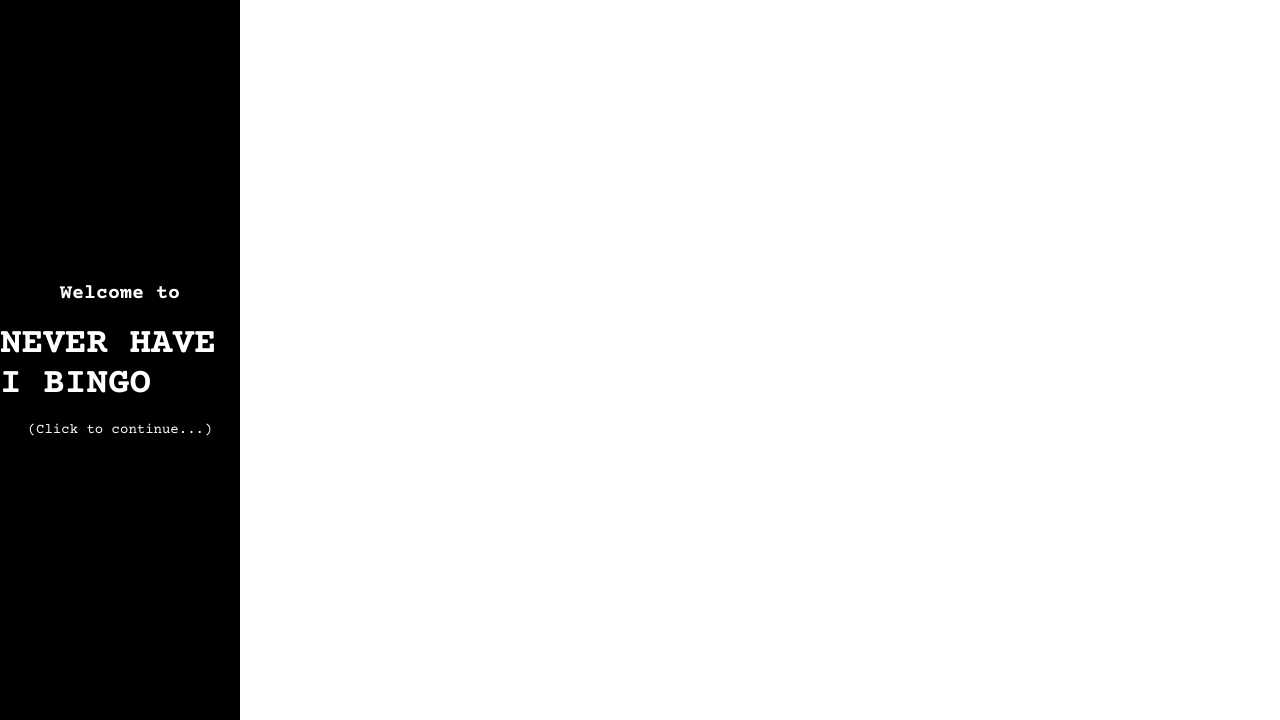
Repository: Jeysmeister/sensoryminds-bingo
Page: /
The author's editor kept a copy of each file at every save. The page is drawn from the files as they stood at one save, then again after the next save.
The browser window is 1280 px wide. The pictures show the whole page.
The project was rebuilt for these pictures with package versions that can differ from the ones it lists, and the page was loaded fresh each time. The framework's server and built-in components were replaced by stand-ins that run in the browser. Also part of the build but not shown: next.config.ts.

Above is the page before, as saved 2024-11-12 18:29:35.

### app/layout.tsx
import type { Metadata } from "next";
import { Courier_Prime } from "next/font/google";
import "./globals.css";
import Header from "./components/Header";

export const metadata: Metadata = {
  title: "Never have I BINGO",
  description: "Sensory Minds Front-End Coding Challenge",
};

const courier = Courier_Prime({
  subsets: ["latin"],
  weight: ["400", "700"],
});

export default function RootLayout({
  children,
}: Readonly<{
  children: React.ReactNode;
}>) {
  return (
    <html lang="en">
      <body className={`${courier.className} antialiased`}>{children}</body>
    </html>
  );
}

### app/page.tsx
"use client";

import { neverHaveIEverQuestions } from "@/data/questions";
import { motion } from "framer-motion";
import { useState } from "react";
import BingoCard from "./components/BingoCard";
import Header from "./components/Header";

export default function Home() {
  const [activeSection, setActiveSection] = useState(0);

  const getRandomQuestions = (count: number) => {
    const shuffled = [...neverHaveIEverQuestions].sort(() => 0.5 - Math.random());
    return shuffled.slice(0, count);
  };
  const questions = getRandomQuestions(24);

  const slideInVariant = {
    default: { x: 0, opacity: 1 },
    initial: { x: "100%", opacity: 0 },
    visible: { x: 0, opacity: 1, transition: { duration: 1 } },
  };

  return (
    <div className="flex w-screen overflow-hidden">
      <motion.div
        className="w-screen h-screen flex justify-center items-center text-white bg-black flex-col gap-4 cursor-pointer"
        onClick={() => setActiveSection(1)}
        initial="default"
        animate={`${activeSection === 1 ? "initial" : activeSection === 2 && "initial"}`}
        exit="slideOut"
        variants={slideInVariant}
      >
        <div className="text-xl font-bold">Welcome to</div>
        <div className="text-4xl font-bold">NEVER HAVE I BINGO</div>
        <div className="text-sm">(Click to continue...)</div>
      </motion.div>

      <motion.div
        className="w-screen h-screen flex justify-center items-center text-white bg-black flex-col gap-4 cursor-pointer"
        onClick={() => setActiveSection(2)}
        initial="initial"
        animate={activeSection === 1 ? "visible" : activeSection === 2 && "initial"}
        exit="slideOut"
        variants={slideInVariant}
      >
        <div className="text-4xl font-extrabold">RULES</div>
        <div className="flex flex-col text-xl font-bold text-left w-[800px]">
          <div>1. Players must decide on the consequence when a player loses.</div>
          <div>2. Players must click on the boxes they've done.</div>
          <div>3. A player loses if they fill a row, column, or diagonal.</div>
          <div>4. All players that lose must do the consequence.</div>
          <div>5. After doing the consequence, players must click the restart button on the top right of the page.</div>
          <div>6. Have Fun!</div>
        </div>
        <div className="text-sm">(Click to continue...)</div>
      </motion.div>

      <motion.div
        className="w-screen h-screen flex flex-col justify-center items-center relative"
        initial="initial"
        animate={activeSection === 2 && "visible"}
        exit="slideOut"
        variants={slideInVariant}
      >
        <Header />
        <BingoCard questions={questions} />
      </motion.div>
    </div>
  );
}

### data/questions.ts
export const neverHaveIEverQuestions = [
  "laughed so hard I snorted",
  "eaten a whole pizza by myself",
  "stayed up all night binge-watching a series",
  "danced in the rain",
  "tried to learn another language just to impress someone",
  "accidentally texted the wrong person",
  "pretended to know a celebrity",
  "had a nightmare about work or school",
  "played a prank on a teacher or boss",
  "gone skinny dipping",
  "gotten lost in an amusement park",
  "been on a blind date",
  "pretended to be on a cooking show while making food",
  "locked myself out of my house",
  "forgotten an important anniversary or birthday",
  "tried a weird food combination that I ended up loving",
  "cried during a movie",
  "played a video game all night",
  "forgotten someone's name right after meeting them",
  "laughed at a joke I didn't get",
  "sung karaoke in public",
  "cried at a wedding",
  "been the last one awake at a sleepover",
  "tried to start a fire without matches or a lighter",
  "accidentally sent a message to the wrong person",
  "made up an excuse to get out of a date",
  "accidentally walked into the wrong restroom",
  "gotten a tattoo I regretted",
  "pretended to like a gift I didn't like",
  "been on a roller coaster",
  "cried during a song",
  "fainted in public",
  "had my phone fall in water",
  "pretended to be sick to skip school or work",
  "done a backflip",
  "lied to my best friend",
  "been scared of clowns",
  "cried at a concert",
  "sang in the shower",
  "had a crush on a teacher",
  "broken a bone",
  "eaten food that was still frozen",
  "gotten stitches",
  "driven a car",
  "ridden a motorcycle",
  "been to a haunted house",
  "been on TV",
  "been afraid of the dark",
  "been stuck in an elevator",
  "lost my wallet",
  "cooked an elaborate meal for myself",
  "accidentally broken a friend's item and didn't tell them",
  "regretted a social media post",
  "missed a flight",
  "forgotten my passport while traveling",
  "made a mess and left it for someone else to clean",
  "skipped school or work for a road trip",
  "written a poem for someone",
  "fallen asleep on public transportation and missed my stop",
  "said 'you too' when a cashier said 'enjoy your meal'",
  "been told I look like a celebrity",
  "stayed up all night talking to someone",
  "gone to a costume party as myself",
  "bought something just for the packaging",
  "tried to do the splits",
  "put something back on the shelf after deciding not to buy it",
  "worn pajamas in public",
  "ordered an item of food just to take a picture of it",
  "walked into a glass door",
  "gone somewhere just for the free food",
  "tried a dance move from a music video",
  "lost something important and found it years later",
  "kept a plant alive for over a year",
  "given a fake name at a coffee shop",
  "forgotten where I parked my car",
  "forgotten my own phone number",
  "sent a text while angry that I regretted later",
  "watched an entire series in a single day",
  "had a song stuck in my head for days",
  "missed an important event because I overslept",
  "gotten sunburned so badly I peeled",
  "tried to ice skate and fallen",
  "been in a flash mob",
  "left a comment on a stranger's social media",
  "gone to the movies alone",
  "pretended to understand something I didn't",
  "stolen something small from a hotel",
  "broken a bone and not realized it immediately",
  "sent an email without proofreading it first",
  "taken a personality quiz online",
  "signed up for something I didn't want just for a freebie",
  "gotten a scar from something silly",
  "apologized to an object after bumping into it",
  "lost track of time while browsing the internet",
  "taken a selfie with a pet",
  "stayed in pajamas all day",
  "been seasick",
  "seen a ghost",
  "tried to play matchmaker for friends",
  "pretended I knew the words to a song",
  "kept a secret for over a year",
  "ate something weird just to prove I could",
  "looked up my own name on the internet",
  "changed my hairstyle on a whim",
  "put salt in coffee or tea by accident",
  "eaten a whole cake by myself",
  "watched a movie and fell asleep halfway through",
  "had an imaginary friend",
  "been to a concert",
  "eaten food that was past its expiration date",
  "accidentally called someone by the wrong name",
  "broken something expensive and blamed it on someone else",
  "spent more than $100 on something I didn’t need",
  "used someone else's toothbrush",
  "tried to eat something spicy and regretted it immediately",
  "posted something embarrassing online",
  "tried to flirt and failed miserably",
  "lied about my age",
  "been on a dating app",
  "used a fake ID",
  "faked being sick to avoid something",
  "lived in a place that wasn’t my own",
  "kept something from my childhood",
  "had a pet that wasn’t a dog or cat",
  "faked a phone call",
  "ate something because it was trendy",
  "thought I was going to die at some point",
  "slept through an alarm",
  "danced in front of a mirror",
  "sang in front of a mirror",
  "had a food fight",
  "tried to become friends with someone just because they were popular",
  "stalked someone on social media",
  "tried to break up with someone but didn’t",
  "had a crush on a fictional character",
  "joined a group just to get discounts",
  "told someone a secret and regretted it",
  "ate something I didn’t like to be polite",
  "cheated on a test",
  "used a burner phone",
  "felt awkward in a social setting",
  "kept a childhood toy",
  "threw a surprise party for someone",
  "accidentally walked into a room full of people while I was on a video call",
  "joined a club to meet new people",
  "went on a blind date",
  "helped a friend cheat on an exam",
  "had a weird pet",
  "forgotten to charge my phone",
  "called in sick to work when I wasn’t",
  "been caught stealing something",
  "tried to take a shortcut that ended up being longer",
  "left a store without paying for something",
  "made a fake profile to prank someone",
  "kept a really embarrassing thing secret from my family",
  "met someone famous",
  "slept through an important meeting",
  "had a crush on a teacher",
  "sang in public",
  "had a bad haircut and didn’t tell anyone",
  "used a dating app without success",
  "snuck into a movie",
  "made a prank phone call",
  "used someone’s Netflix account without permission",
  "went on a vacation alone",
  "used a discount code that wasn’t meant for me",
  "accidentally wore mismatched socks",
  "tried a weird life hack that didn’t work",
  "got scammed online",
  "eaten an entire chocolate bar in one sitting",
  "seen something creepy and didn’t tell anyone",
  "been told to be quiet in a library",
  "been to a theme park with friends",
  "gotten in trouble for something I didn’t do",
  "had a fashion disaster",
  "was a picky eater when I was younger",
  "accidentally liked an old photo on social media",
  "wore sunglasses inside",
  "stayed up late for no reason",
  "had an awkward family gathering",
  "been called out in a public place",
  "tried to impress someone and failed",
  "lost a bet and had to do something silly",
  "said something inappropriate in front of my parents",
  "been to a concert of a band I didn’t like",
  "laughed during a serious moment",
  "tried to sell something I didn’t need",
  "talked to someone only to realize I had met them before",
  "tried to skip a line and got caught",
  "ate food that was not prepared by me",
  "tried to fix something and made it worse",
  "was shocked by something that turned out to be a prank",
  "pretended to be asleep when someone walked in",
  "had a crush on someone for a long time without telling them",
  "spent too much money on coffee",
  "missed a major event because I overslept",
  "sent a message to the wrong person by accident",
  "accidentally made an embarrassing sound in public",
  "looked up how to do something but still couldn’t",
  "tried to impress someone with a talent I didn’t have",
  "tried a food that sounded good but tasted bad",
  "was caught talking to myself in public",
  "made a mess and didn’t clean it up",
  "was caught eavesdropping on a conversation",
  "spent more than I planned on something",
  "told someone I was busy when I wasn’t",
  "went somewhere just for the food",
  "tried to act cool but failed",
  "lost something and then found it in a place I looked earlier",
  "spent an entire day in my pajamas",
  "tried a DIY project and it turned out horrible",
  "pretended to be an expert at something",
  "laughed at a joke I didn’t understand",
  "accidentally sent a text with a typo to my boss",
  "talked to someone for a while only to realize they weren’t who I thought",
  "tried to speak another language and failed",
  "got caught in a lie",
  "accidentally said something inappropriate",
  "pretended to know how to drive but didn’t",
  "lost my phone and found it in the last place I looked",
  "ate something and immediately regretted it",
  "been surprised by a surprise party",
  "sung a song in the car like it was a concert",
  "pretended to be sick to avoid work",
  "had a pet that I wasn’t responsible for",
  "been on a reality TV show",
  "eaten a whole bag of chips in one sitting",
  "watched something on Netflix that was totally embarrassing",
  "forgotten to reply to a message for a week",
  "gotten lost and found my way by asking for directions",
  "been embarrassed by my own joke",
  "told a bad joke that no one laughed at",
  "forgotten my own birthday",
  "failed a simple task",
  "been caught stealing something small",
  "spied on someone without their knowledge",
  "drank coffee at midnight",
  "accidentally sent a selfie to the wrong person",
  "made a huge mistake at work",
  "accidentally dyed my hair a weird color",
  "acted like I knew something but didn’t",
  "forgotten where I put my phone",
  "told a fib that backfired",
  "shared a secret that wasn’t mine to share",
];

### app/components/BingoCard.tsx
"use client";

import { possibleWins } from "@/data/possibleWins";
import { useEffect, useState } from "react";
import BingoItem from "./BingoItem";
import { motion } from "framer-motion";

const container = {
  hidden: { opacity: 1, scale: 0 },
  visible: {
    opacity: 1,
    scale: 1,
    transition: {
      delayChildren: 0.3,
      staggerChildren: 0.2,
    },
  },
};

const child = {
  hidden: { y: 20, opacity: 0 },
  visible: {
    y: 0,
    opacity: 1,
  },
};

const BingoCard = ({ questions }: { questions: string[] }) => {
  const [marked, setMarked] = useState<number[]>([12]);
  const grid = [...questions.slice(0, 12), "FREE", ...questions.slice(12)];
  const checkForWin = (markedBoxes: number[]) => {
    return possibleWins.some((combination) => combination.every((index) => markedBoxes.includes(index)));
  };
  useEffect(() => {
    console.log(marked);
    const win = checkForWin(marked);
    if (win) {
      console.log("WINNER");
    }
  }, [marked]);

  return (
    <motion.div variants={container} initial="hidden" animate="visible" className="border border-gray-300 p-4 pt-0 rounded-xl">
      <div className="flex w-full justify-center items-center py-4 text-xl font-extrabold">NEVER HAVE I BINGO</div>
      <div className="max-w-[800px] max-h-[800px] grid grid-cols-5 gap-2">
        {grid.map((item, index) => (
          <motion.div variants={child}>
            <BingoItem key={index} index={index} item={item} marked={marked} setMarked={setMarked} />
          </motion.div>
        ))}
      </div>
    </motion.div>
  );
};

export default BingoCard;

### app/components/Header.tsx
import { Button } from "@/components/ui/button";

const Header = () => {
  return (
    <div className="p-4 w-screen absolute top-0  flex justify-between items-center">
      <div className="text-xl">NEVER HAVE I BINGO</div>
      <Button className="font-extrabold">Next Round</Button>
    </div>
  );
};

export default Header;

### data/possibleWins.ts
export const possibleWins = [
  // Rows
  [0, 1, 2, 3, 4], // Row 1
  [5, 6, 7, 8, 9], // Row 2
  [10, 11, 12, 13, 14], // Row 3
  [15, 16, 17, 18, 19], // Row 4
  [20, 21, 22, 23, 24], // Row 5

  // Columns
  [0, 5, 10, 15, 20], // Column 1
  [1, 6, 11, 16, 21], // Column 2
  [2, 7, 12, 17, 22], // Column 3
  [3, 8, 13, 18, 23], // Column 4
  [4, 9, 14, 19, 24], // Column 5

  // Diagonals
  [0, 6, 12, 18, 24], // Diagonal 1
  [4, 8, 12, 16, 20], // Diagonal 2
];

### app/components/BingoItem.tsx
"use client";

import { useState } from "react";
import { motion } from "framer-motion";

const BingoItem = ({ index, item, marked, setMarked }: { index: number; item: string; marked: number[]; setMarked: (value: number[]) => void }) => {
  const [active, setActive] = useState(item === "FREE" ? true : false);
  const handleClick = (index: number) => {
    if (item !== "FREE") {
      const newActive = !active;
      if (newActive) {
        setActive(newActive);
        setMarked([...marked, index]);
      } else {
        setActive(newActive);
        const indexOfItem = marked.indexOf(index);
        setMarked([...marked.splice(0, indexOfItem), ...marked.splice(indexOfItem)]);
      }
    }
  };
  return (
    <motion.div
      initial={{ backgroundColor: "#ffffff" }}
      animate={{
        backgroundColor: active ? "#000000" : "#ffffff",
      }}
      transition={{ duration: 0.5 }}
      key={index}
      className={`relative flex items-center justify-center p-2 h-[130px] w-[130px] border border-gray-200 rounded ${active ? "bg-black text-white" : "bg-white text-black"} cursor-pointer`}
      onClick={() => handleClick(index)}
    >
      <p className="text-center text-sm font-extrabold capitalize">{item}</p>
    </motion.div>
  );
};

export default BingoItem;

### components/ui/button.tsx
import * as React from "react"
import { Slot } from "@radix-ui/react-slot"
import { cva, type VariantProps } from "class-variance-authority"

import { cn } from "@/lib/utils"

const buttonVariants = cva(
  "inline-flex items-center justify-center gap-2 whitespace-nowrap rounded-md text-sm font-medium transition-colors focus-visible:outline-none focus-visible:ring-1 focus-visible:ring-ring disabled:pointer-events-none disabled:opacity-50 [&_svg]:pointer-events-none [&_svg]:size-4 [&_svg]:shrink-0",
  {
    variants: {
      variant: {
        default:
          "bg-primary text-primary-foreground shadow hover:bg-primary/90",
        destructive:
          "bg-destructive text-destructive-foreground shadow-sm hover:bg-destructive/90",
        outline:
          "border border-input bg-background shadow-sm hover:bg-accent hover:text-accent-foreground",
        secondary:
          "bg-secondary text-secondary-foreground shadow-sm hover:bg-secondary/80",
        ghost: "hover:bg-accent hover:text-accent-foreground",
        link: "text-primary underline-offset-4 hover:underline",
      },
      size: {
        default: "h-9 px-4 py-2",
        sm: "h-8 rounded-md px-3 text-xs",
        lg: "h-10 rounded-md px-8",
        icon: "h-9 w-9",
      },
    },
    defaultVariants: {
      variant: "default",
      size: "default",
    },
  }
)

export interface ButtonProps
  extends React.ButtonHTMLAttributes<HTMLButtonElement>,
    VariantProps<typeof buttonVariants> {
  asChild?: boolean
}

const Button = React.forwardRef<HTMLButtonElement, ButtonProps>(
  ({ className, variant, size, asChild = false, ...props }, ref) => {
    const Comp = asChild ? Slot : "button"
    return (
      <Comp
        className={cn(buttonVariants({ variant, size, className }))}
        ref={ref}
        {...props}
      />
    )
  }
)
Button.displayName = "Button"

export { Button, buttonVariants }

Loaded but not shown: app/globals.css (common file); lib/utils.ts (common file); tailwind.config.ts (common file)

After the next save:
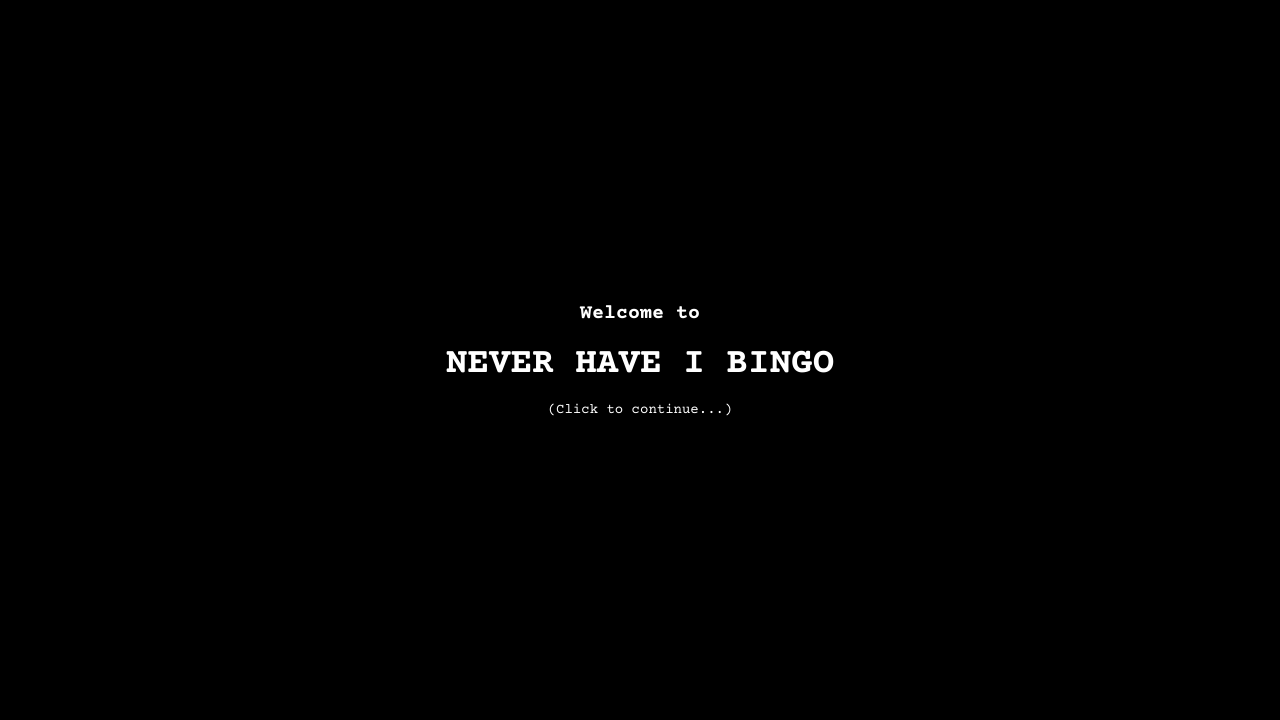
Saved 50 s later.
--- a/app/page.tsx
+++ b/app/page.tsx
@@ -17,7 +17,7 @@ export default function Home() {
 
   const slideInVariant = {
     default: { x: 0, opacity: 1 },
-    initial: { x: "100%", opacity: 0 },
+    initial: { x: "100%", opacity: 0, width: 0 },
     visible: { x: 0, opacity: 1, transition: { duration: 1 } },
   };
 
